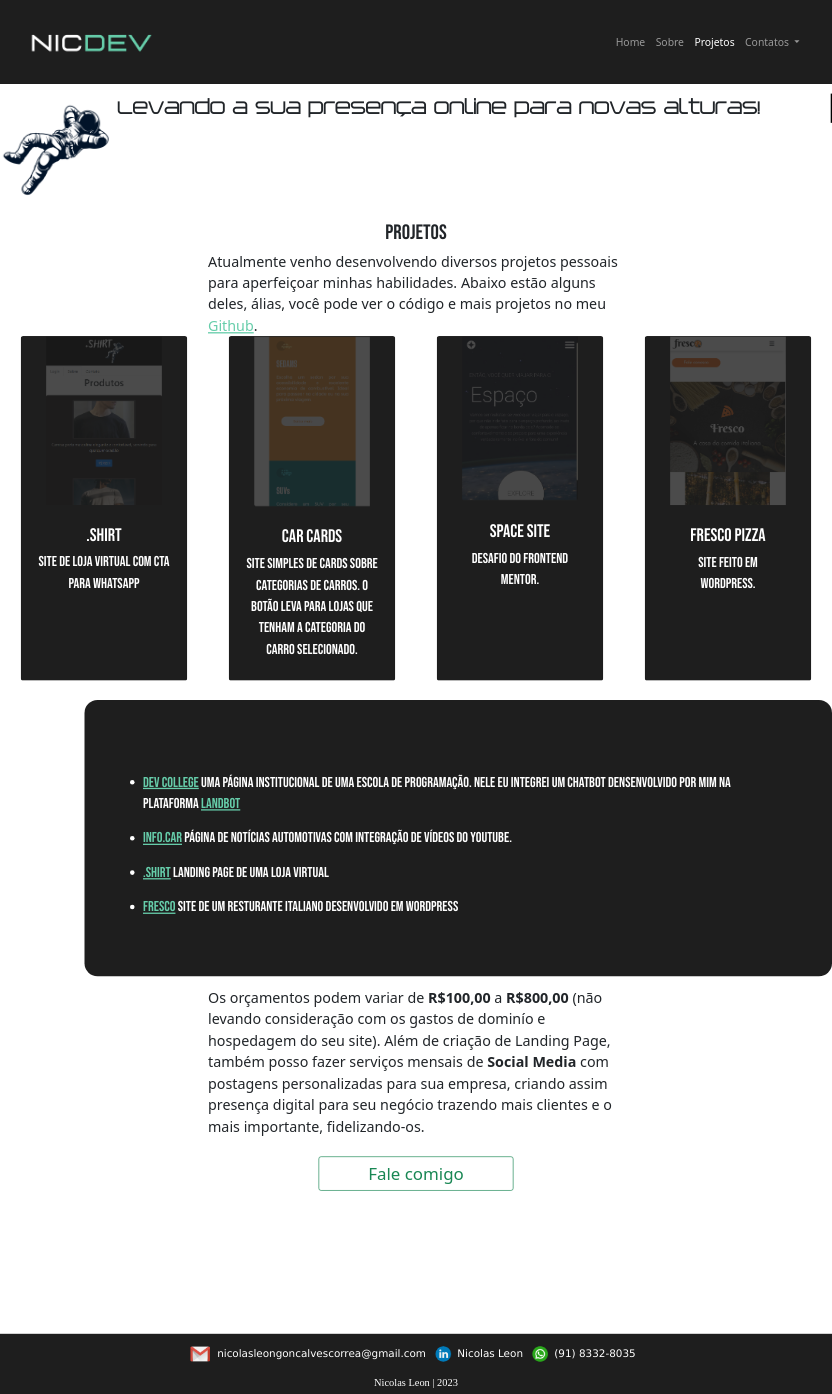
Repository: Leonngc/nicdev
Page: projects.html
These files come from the project's save history. The page is drawn as it stood at one moment and after the next save; the edit follows.
The browser window is 1280 px wide. The pictures show the whole page, at 65% of full size.
Some web libraries are served in a nearby version.

Above is the page before, as saved 2023-06-04 23:03:13.

After the next save:
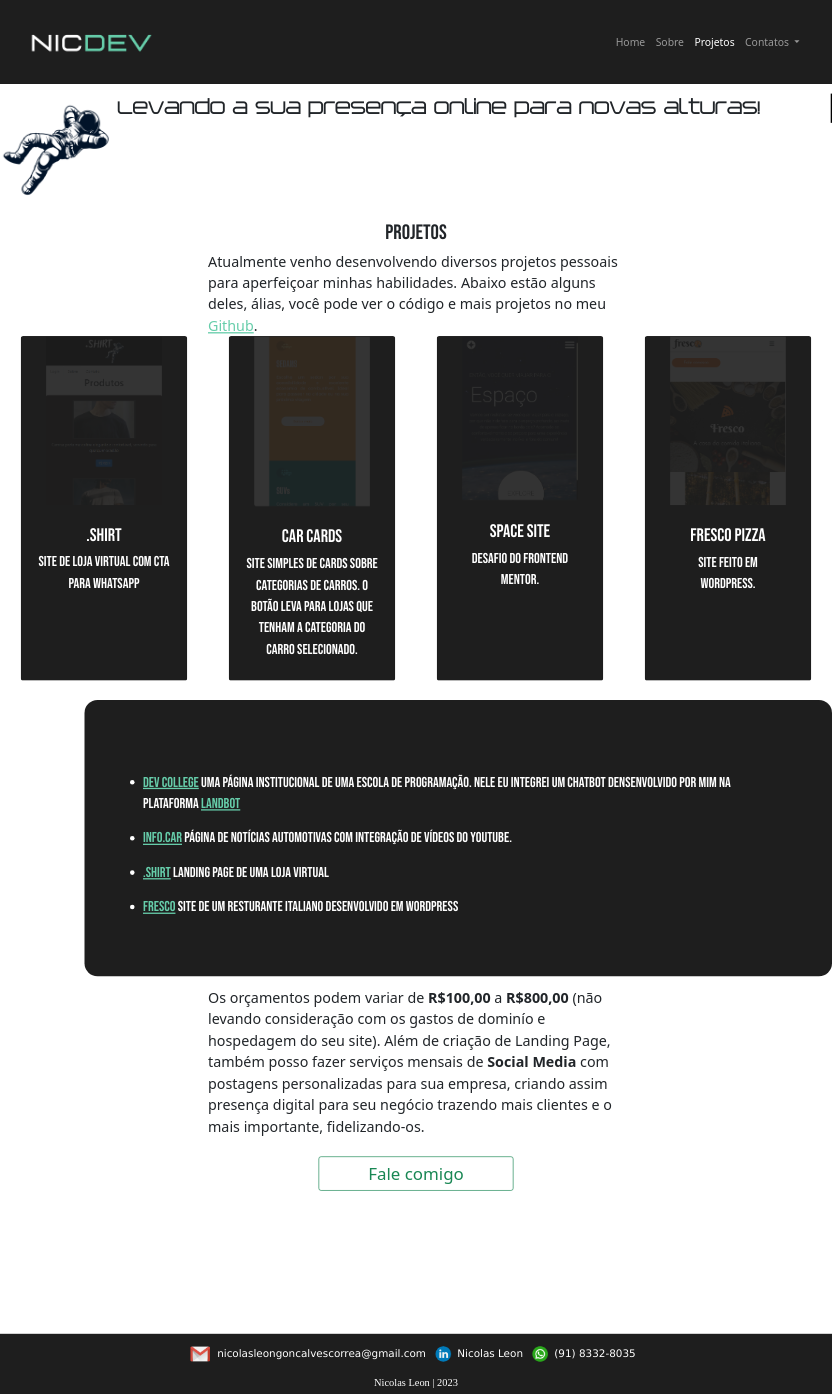
Saved 6 s later.
--- a/styles/projects.css
+++ b/styles/projects.css
@@ -111,7 +111,7 @@ li > img{
 
 .card > img{
   width: 70%;
-  filter: opacity(20%);
+  filter: opacity(10%);
 }
 
 .info-card{
